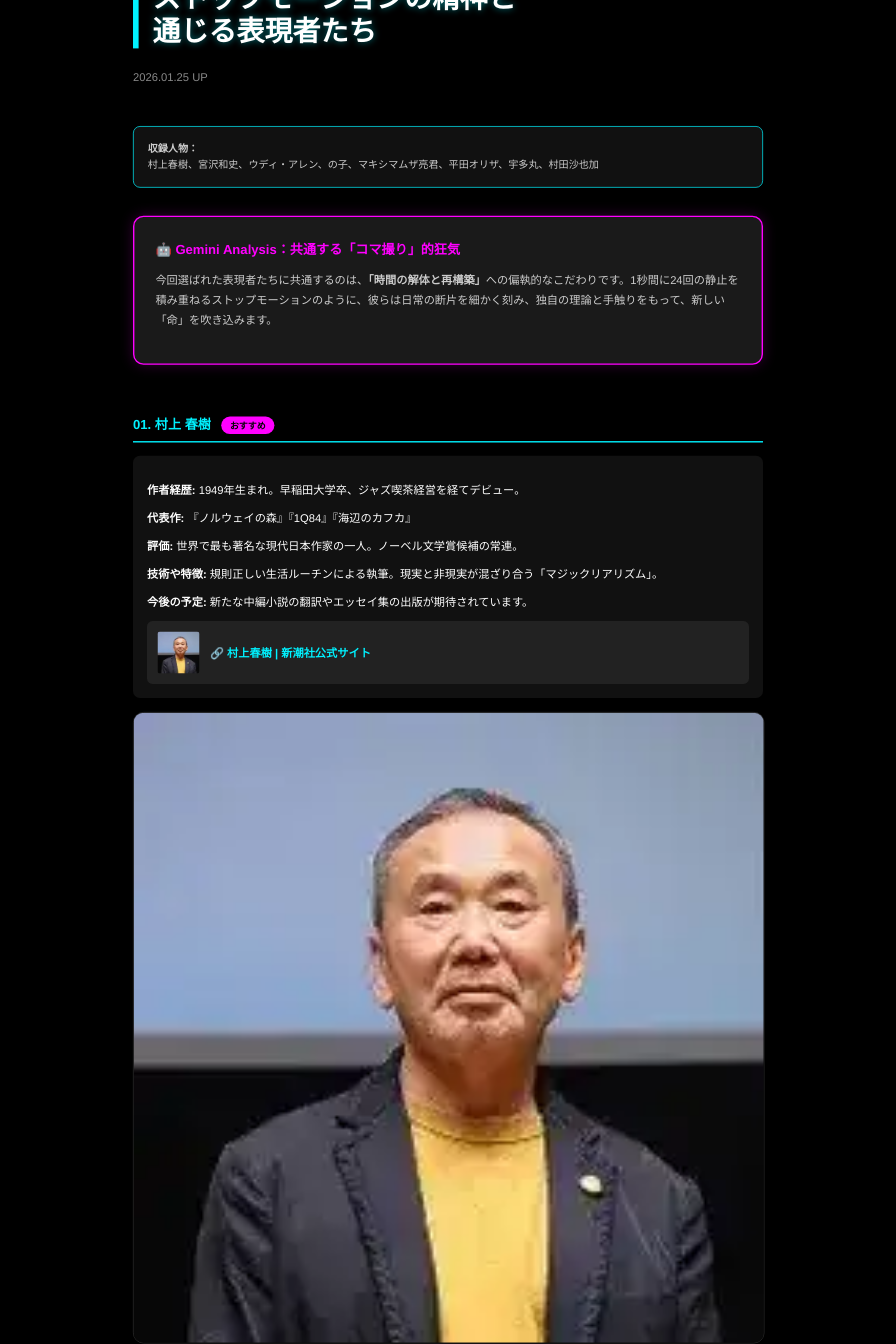
Repository: hamagoro/my-animation-site
Page: episodes/vol12.html
The author's editor kept a copy of each file at every save. The page is drawn from the files as they stood at one save, then again after the next save.
The browser window is 1280 px wide. The pictures show the part of the page from y = 643 to 2563 px (the page is 13458 px tall before and 13922 px after), at 70% of full size.
A picture or video elsewhere on the page could not be fetched, so the positions and the page height are approximate.

Above is the page before, as saved 2026-02-01 00:03:18.

After the next save:
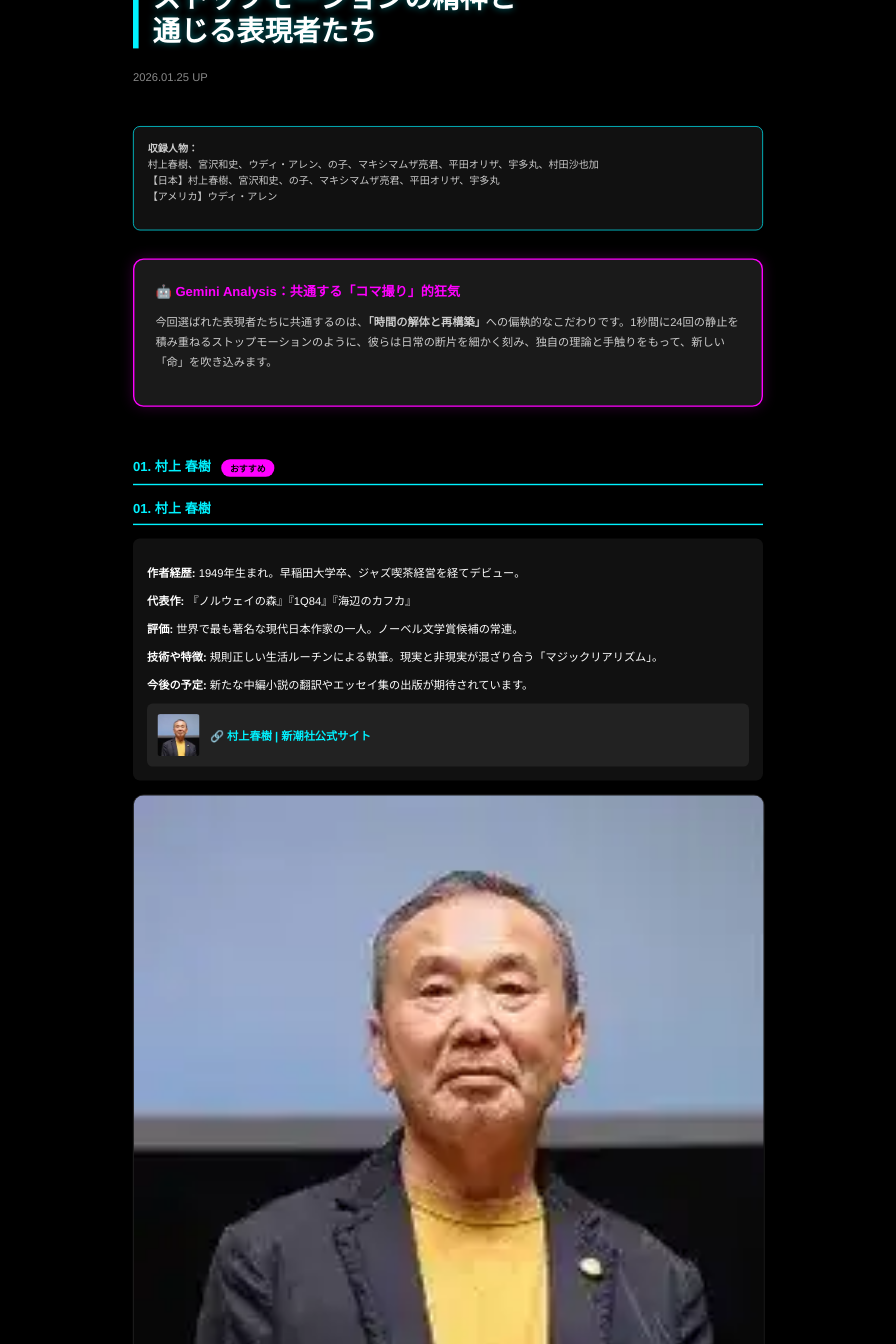
Saved 9 min 10 s later.
--- a/episodes/vol12.html
+++ b/episodes/vol12.html
@@ -63,6 +63,8 @@
     <div style="margin-bottom: 40px; padding: 20px; background: #111; border-radius: 10px; font-size: 0.9rem; color: #ccc; line-height: 1.6; border: 1px solid #00f2ff;">
         <p style="margin: 0;"><strong>収録人物：</strong><br>
         村上春樹、宮沢和史、ウディ・アレン、の子、マキシマムザ亮君、平田オリザ、宇多丸、村田沙也加</p>
+        【日本】村上春樹、宮沢和史、の子、マキシマムザ亮君、平田オリザ、宇多丸<br>
+        【アメリカ】ウディ・アレン</p>
     </div>
 
         <section class="top-link-area" style="margin-bottom: 70px; padding: 30px; background: #1a1a1a; border-radius: 15px; border: 2px solid #ff00ff; box-shadow: 0 0 20px rgba(255, 0, 255, 0.2);">
@@ -74,6 +76,7 @@
 
         <section style="margin-bottom: 80px;">
             <h3 style="color: #00f2ff; border-bottom: 2px solid #00f2ff; padding-bottom: 10px;">01. 村上 春樹 <a href="vol12-osusu.html#murakami" class="recommend-btn" style="background: #ff00ff;">おすすめ</a></h3>
+            <h3 style="color: #00f2ff; border-bottom: 2px solid #00f2ff; padding-bottom: 10px;">01. 村上 春樹</h3>
             <div style="background: #111; padding: 20px; border-radius: 10px; margin-bottom: 20px;">
                 <p><strong>作者経歴:</strong> 1949年生まれ。早稲田大学卒、ジャズ喫茶経営を経てデビュー。</p>
                 <p><strong>代表作:</strong> 『ノルウェイの森』『1Q84』『海辺のカフカ』</p>
@@ -95,6 +98,7 @@
 
         <section style="margin-bottom: 80px;">
             <h3 style="color: #ff00ff; border-bottom: 2px solid #ff00ff; padding-bottom: 10px;">02. 宮沢 和史 <a href="vol12-osusu.html#miyazawa" class="recommend-btn" style="background: #00f2ff;">おすすめ</a></h3>
+            <h3 style="color: #ff00ff; border-bottom: 2px solid #ff00ff; padding-bottom: 10px;">02. 宮沢 和史</h3>
             <div style="background: #111; padding: 20px; border-radius: 10px; margin-bottom: 20px;">
                 <p><strong>作者経歴:</strong> 1966年生まれ。THE BOOMのボーカリストとしてデビュー。</p>
                 <p><strong>代表作:</strong> 『島唄』『風になりたい』</p>
@@ -116,6 +120,7 @@
 
         <section style="margin-bottom: 80px;">
             <h3 style="color: #00f2ff; border-bottom: 2px solid #00f2ff; padding-bottom: 10px;">03. ウディ・アレン <a href="vol12-osusu.html#woody" class="recommend-btn" style="background: #ff00ff;">おすすめ</a></h3>
+            <h3 style="color: #00f2ff; border-bottom: 2px solid #00f2ff; padding-bottom: 10px;">03. ウディ・アレン</h3>
             <div style="background: #111; padding: 20px; border-radius: 10px; margin-bottom: 20px;">
                 <p><strong>作者経歴:</strong> 1935年生まれ。コメディライターを経て映画監督へ。</p>
                 <p><strong>代表作:</strong> 『アニー・ホール』『ミッドナイト・イン・パリ』</p>
@@ -137,6 +142,7 @@
 
         <section style="margin-bottom: 80px;">
             <h3 style="color: #ff00ff; border-bottom: 2px solid #ff00ff; padding-bottom: 10px;">04. の子 <a href="vol12-osusu.html#noko" class="recommend-btn" style="background: #00f2ff;">おすすめ</a></h3>
+            <h3 style="color: #ff00ff; border-bottom: 2px solid #ff00ff; padding-bottom: 10px;">04. の子</h3>
             <div style="background: #111; padding: 20px; border-radius: 10px; margin-bottom: 20px;">
                 <p><strong>作者経歴:</strong> 千葉県出身。ニコニコ動画等でカルト的な人気を博し、2008年結成。</p>
                 <p><strong>代表作:</strong> 『ロックンロールは鳴り止まないっ』『僕の戦争』</p>
@@ -172,6 +178,7 @@
 
         <section style="margin-bottom: 80px;">
             <h3 style="color: #00f2ff; border-bottom: 2px solid #00f2ff; padding-bottom: 10px;">05. マキシマムザ亮君 <a href="vol12-osusu.html#ryokun" class="recommend-btn" style="background: #ff00ff;">おすすめ</a></h3>
+            <h3 style="color: #00f2ff; border-bottom: 2px solid #00f2ff; padding-bottom: 10px;">05. マキシマムザ亮君</h3>
             <div style="background: #111; padding: 20px; border-radius: 10px; margin-bottom: 20px;">
                 <p><strong>作者経歴:</strong> マキシマム ザ ホルモンの全ての楽曲を手掛ける司令塔。</p>
                 <p><strong>代表作:</strong> 『恋のメガラバ』『予襲復讐』</p>
@@ -199,6 +206,7 @@
 
         <section style="margin-bottom: 80px;">
             <h3 style="color: #ff00ff; border-bottom: 2px solid #ff00ff; padding-bottom: 10px;">06. 平田 オリザ <a href="vol12-osusu.html#oriza" class="recommend-btn" style="background: #00f2ff;">おすすめ</a></h3>
+            <h3 style="color: #ff00ff; border-bottom: 2px solid #ff00ff; padding-bottom: 10px;">06. 平田 オリザ</h3>
             <div style="background: #111; padding: 20px; border-radius: 10px; margin-bottom: 20px;">
                 <p><strong>作者経歴:</strong> 1962年生まれ。劇団「青年団」主宰。</p>
                 <p><strong>代表作:</strong> 『東京ノート』『さよならだけが人生か』</p>
@@ -220,6 +228,7 @@
 
         <section style="margin-bottom: 80px;">
             <h3 style="color: #00f2ff; border-bottom: 2px solid #00f2ff; padding-bottom: 10px;">07. 宇多丸 <a href="vol12-osusu.html#utamaru" class="recommend-btn" style="background: #ff00ff;">おすすめ</a></h3>
+            <h3 style="color: #00f2ff; border-bottom: 2px solid #00f2ff; padding-bottom: 10px;">07. 宇多丸</h3>
             <div style="background: #111; padding: 20px; border-radius: 10px; margin-bottom: 20px;">
                 <p><strong>作者経歴:</strong> 1969年生まれ。RHYMESTERのラッパーであり、映画評論家。</p>
                 <p><strong>代表作:</strong> 『B-BOYイズム』、ラジオ番組『アフター6ジャンクション 2』</p>
